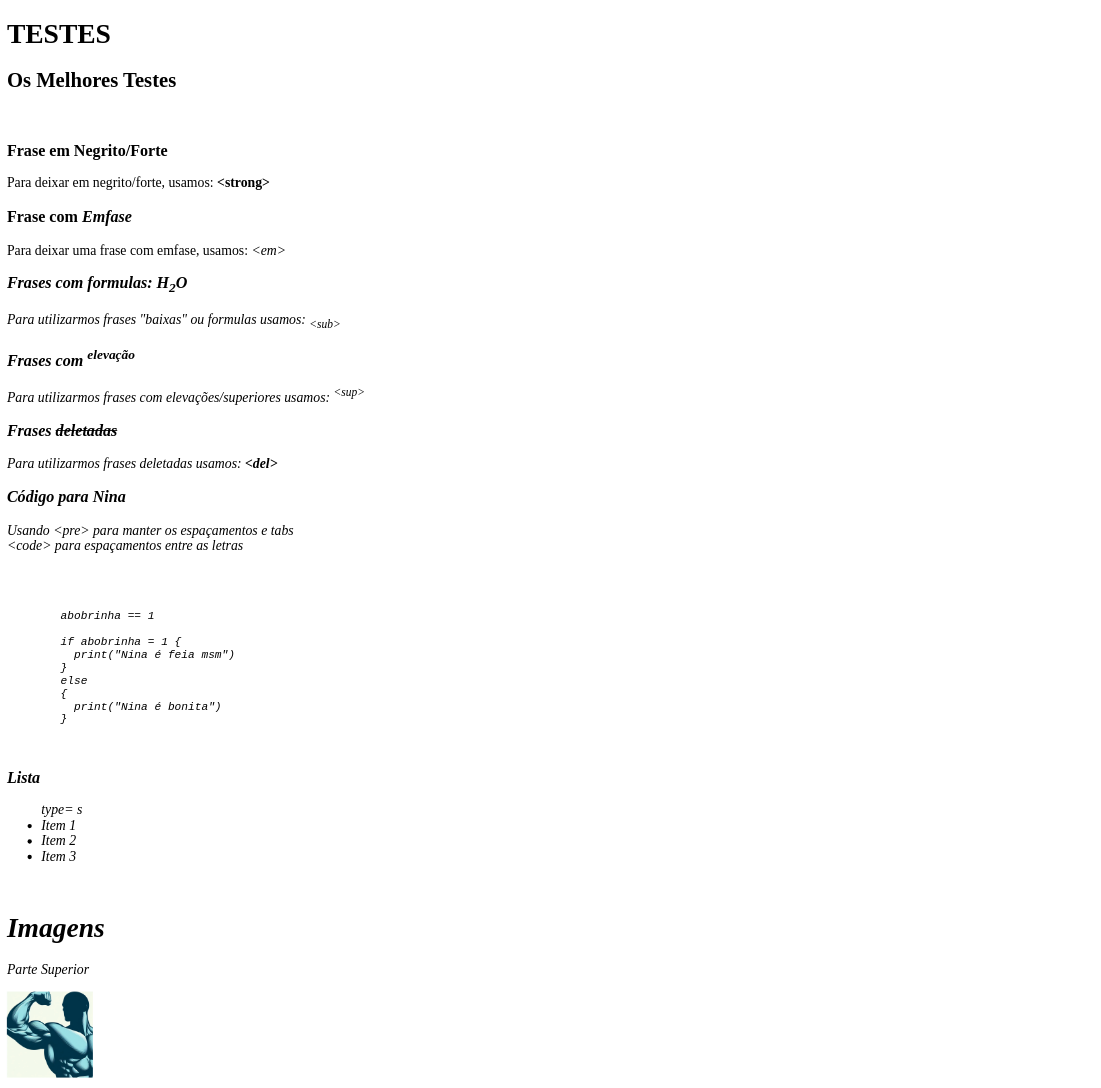
Repository: LuidyOn/Site_Forca_Total
Page: ForçaTotal/teste.html
The author's editor kept a copy of each file at every save. The page is drawn from the files as they stood at one save, then again after the next save.
The browser window is 1280 px wide. The pictures show the whole page, at 86% of full size.

Above is the page before, as saved 2025-05-15 13:55:39.

After the next save:
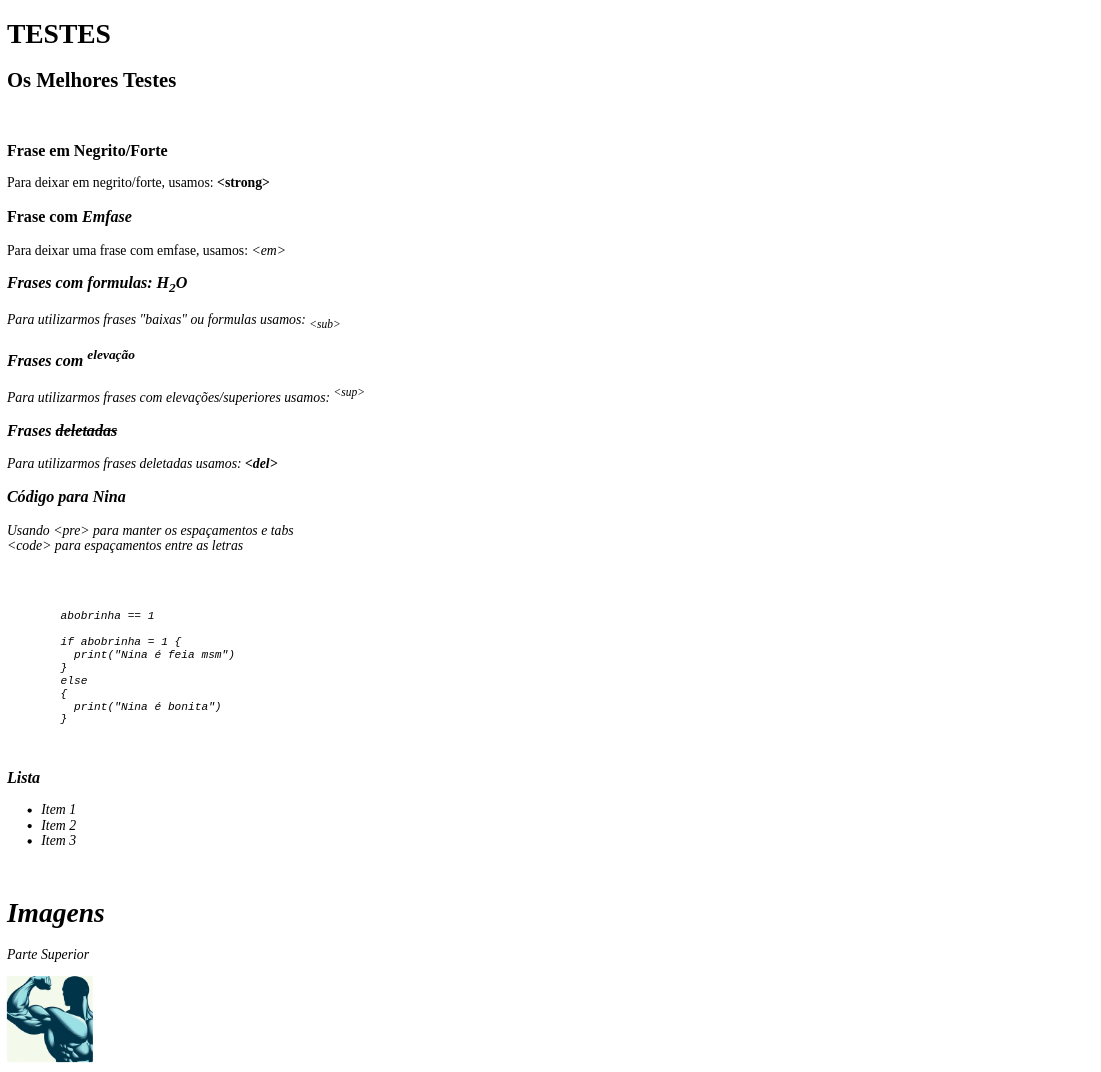
Saved 5 s later.
--- a/ForçaTotal/teste.html
+++ b/ForçaTotal/teste.html
@@ -48,7 +48,7 @@
     </pre>
 
     <h3>Lista</h3>
-    <ul> type= s
+    <ul>
       <li>Item 1</li>
       <li>Item 2</li>
       <li>Item 3</li>
